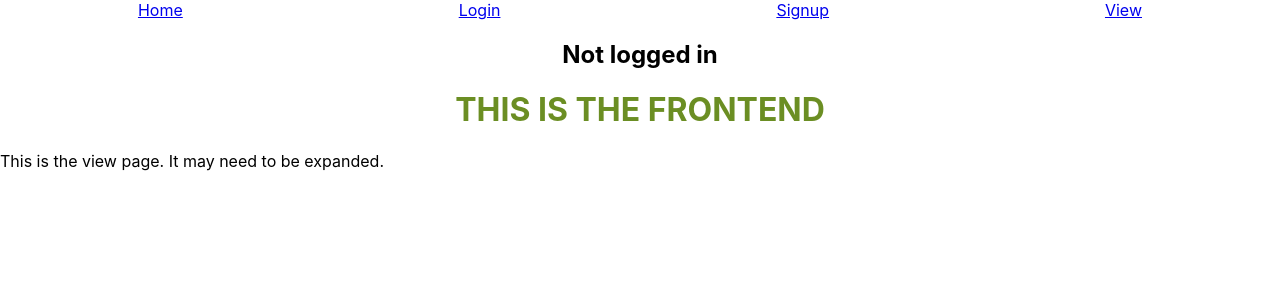
Repository: MikeTroianello/SuPro
Page: /view (app in frontend/)
The author's editor kept a copy of each file at every save. The page is drawn from the files as they stood at one save, then again after the next save.
The browser window is 1280 px wide. The pictures show the whole page.
The page's requests for data from a server got no answer. The project was rebuilt for these pictures with package versions that can differ from the ones it lists, and the page was loaded fresh each time. A package was used in the major version that the imports need, not the one package.json lists. No one was signed in, and anything a server would have sent is missing. Also part of the build but not shown: frontend/src/components/auth/protected-route.js, frontend/src/components/Home.js, frontend/src/components/Login.js, frontend/src/components/Signup.js, frontend/src/components/Create.js, frontend/src/components/Profile.js.

Above is the page before, as saved 2019-10-30 23:11:23.

After the next save:
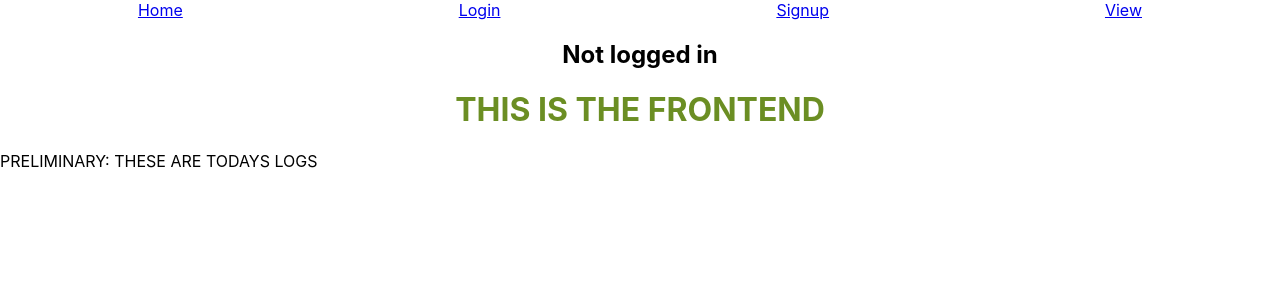
Saved 32 s later.
--- a/frontend/src/components/View.js
+++ b/frontend/src/components/View.js
@@ -15,6 +15,6 @@ export default class View extends Component {
   }
 
   render() {
-    return <div>This is the view page. It may need to be expanded.</div>;
+    return <div>PRELIMINARY: THESE ARE TODAYS LOGS</div>;
   }
 }
